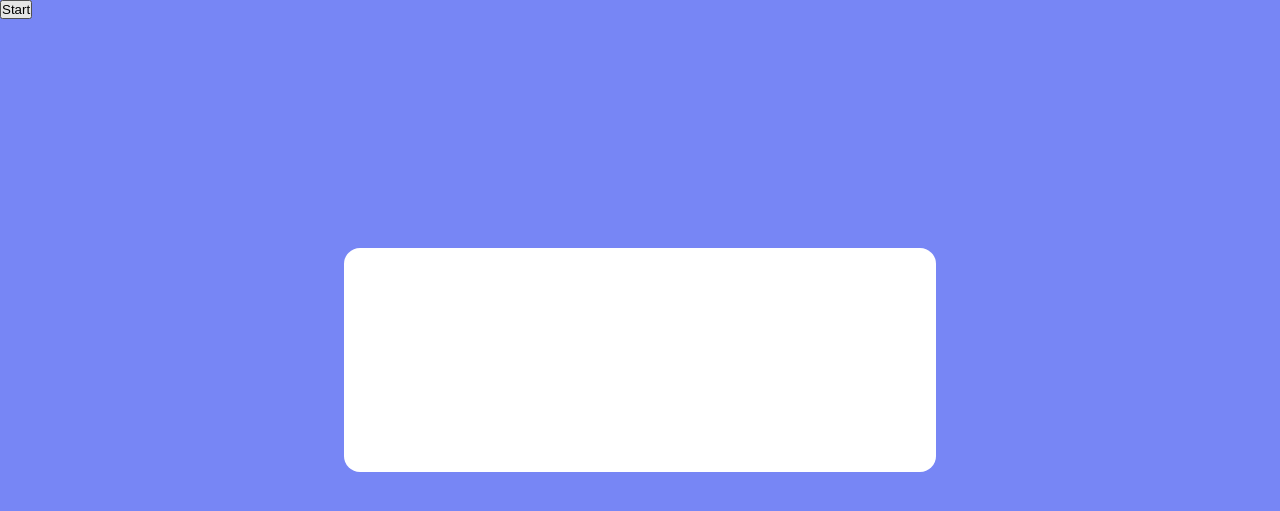
Repository: Dipti-Jalgaonkar/Guess-The-Word-Game
Page: index.html
The author's editor kept a copy of each file at every save. The page is drawn from the files as they stood at one save, then again after the next save.
The browser window is 1280 px wide. The pictures show the whole page.

Above is the page before, as saved 2025-03-26 12:28:34.

After the next save:
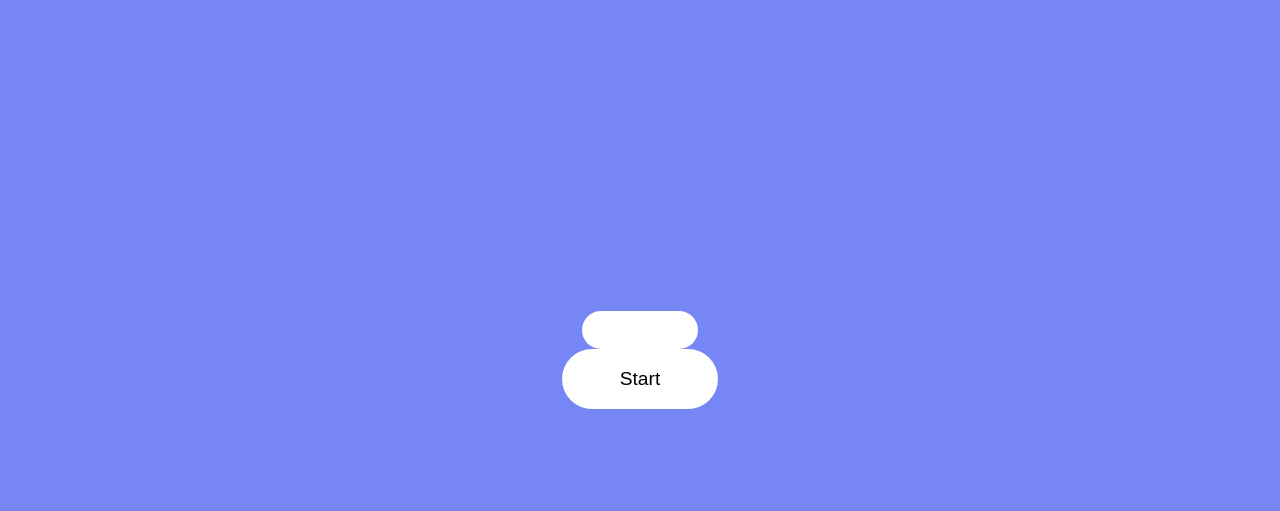
Saved 22 min 6 s later.
--- a/style.css
+++ b/style.css
@@ -20,3 +20,23 @@ body {
     text-align: center;
     border-radius: 1em;
 }
+.controls-container {
+    background-color: #7786f5;
+    position: absolute;
+    width: 100%;
+    height: 100%;
+    display: flex;
+    align-items: center;
+    justify-content: center;
+    flex-direction: column;
+    top: 0;
+}
+
+#start {
+    font-size: 1.2em;
+    padding: 1em 3em;
+    background-color: #ffffff;;
+    border: none;
+    outline: none;
+    border-radius: 2em;
+}
